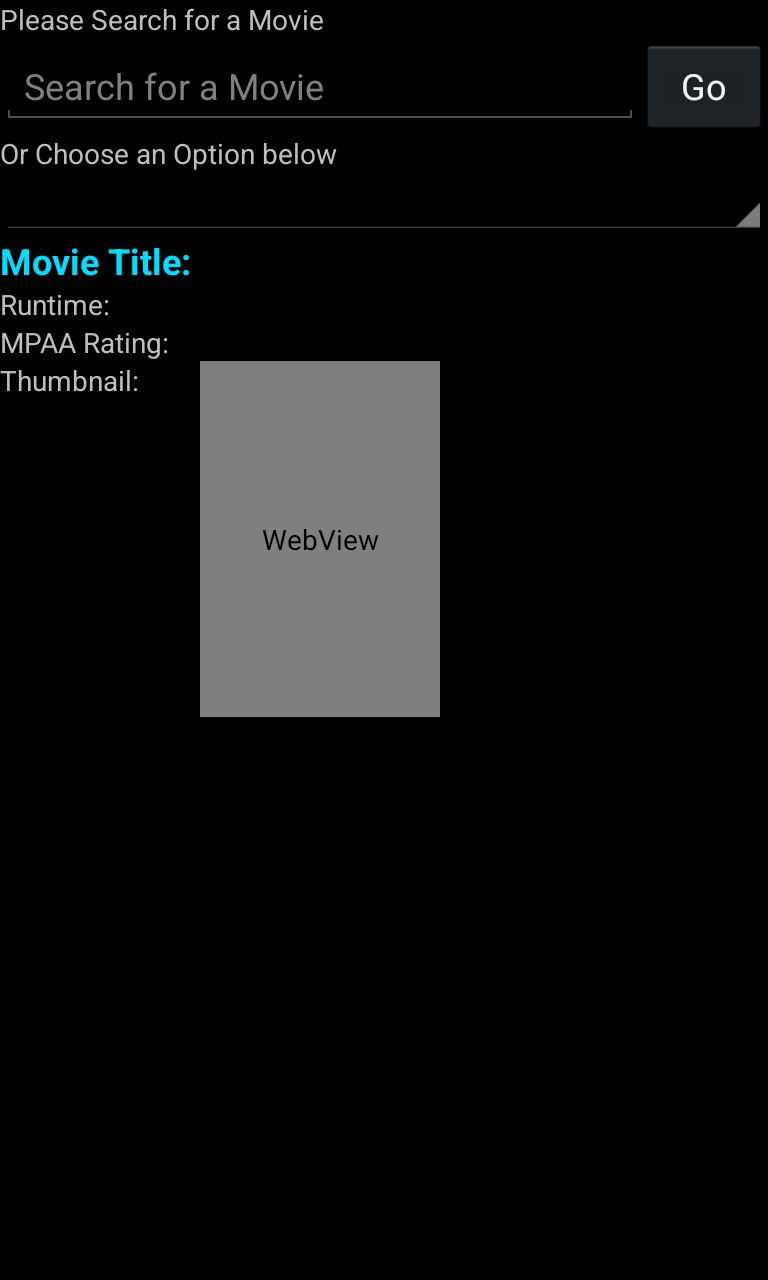
Repository: mikesmithjr/Java1
Layout: Week 4/MovieListing/res/layout/form.xml
These files come from the project's save history. The layout is drawn as it stood at one moment and after the next save; the edit follows.
Pictures or frames that could not be fetched are drawn as grey boxes. It is drawn on a 768 x 1280 px phone screen (xhdpi) without system bars, with theme AppTheme; the app's code is not run.

Above is the layout before, as saved 2013-08-01 06:47:50.

After the next save:
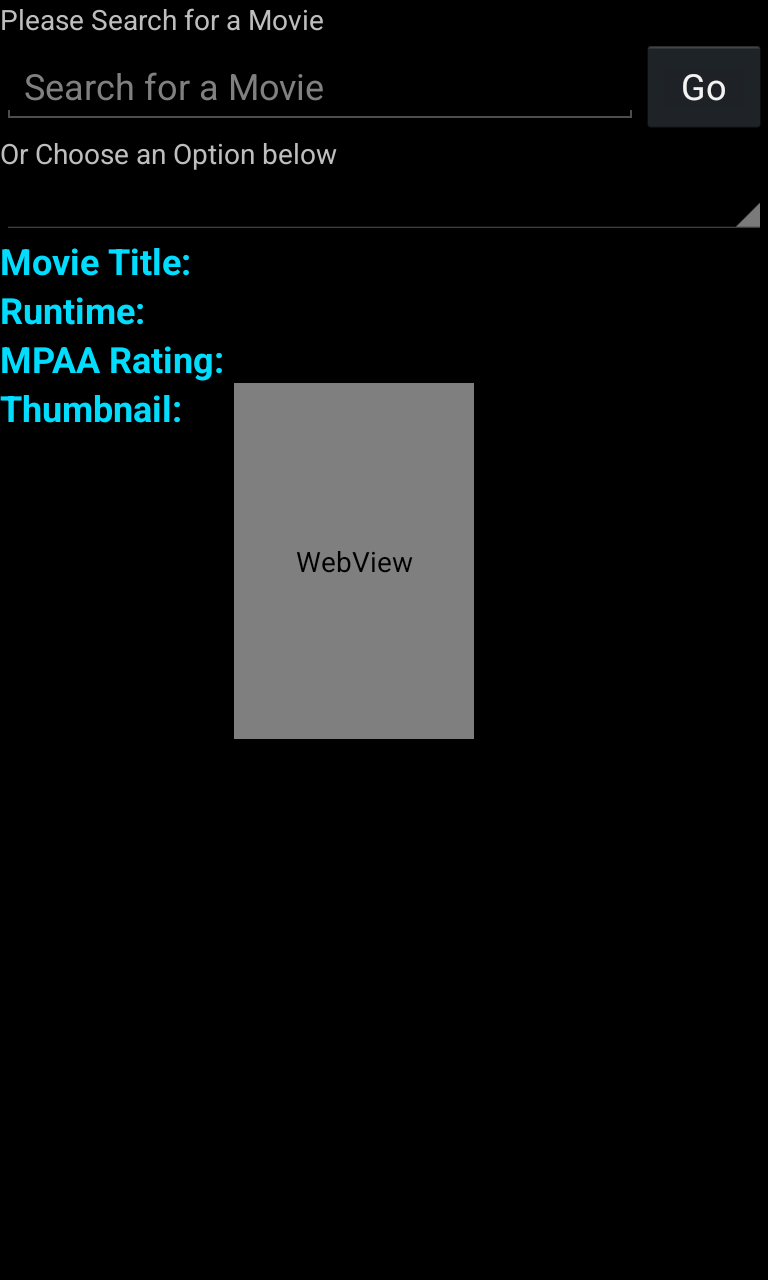
Saved 90 s later.
--- a/Week 4/MovieListing/res/layout/form.xml
+++ b/Week 4/MovieListing/res/layout/form.xml
@@ -61,23 +61,28 @@
         <TextView
             android:layout_width="wrap_content"
             android:layout_height="wrap_content"
-            android:text="@string/runtime_"/>
+            android:text="@string/runtime_"
+            style="@style/MovieLabel"/>
         <TextView
             android:id="@+id/data_runtime"
             android:layout_width="wrap_content"
-            android:layout_height="wrap_content"/>
+            android:layout_height="wrap_content"
+            style="@style/MovieInfo"/>
         <TextView
             android:layout_width="wrap_content"
             android:layout_height="wrap_content"
-            android:text="@string/mpaa_rating_"/>
+            android:text="@string/mpaa_rating_"
+            style="@style/MovieLabel"/>
         <TextView
             android:id="@+id/data_rating"
             android:layout_width="wrap_content"
-            android:layout_height="wrap_content"/>
+            android:layout_height="wrap_content"
+            style="@style/MovieInfo"/>
         <TextView
             android:layout_width="wrap_content"
             android:layout_height="wrap_content"
-            android:text="@string/thumbnail_"/>
+            android:text="@string/thumbnail_"
+            style="@style/MovieLabel"/>
         <WebView
             android:id="@+id/data_thumbnail"
             android:layout_width="120dp"
